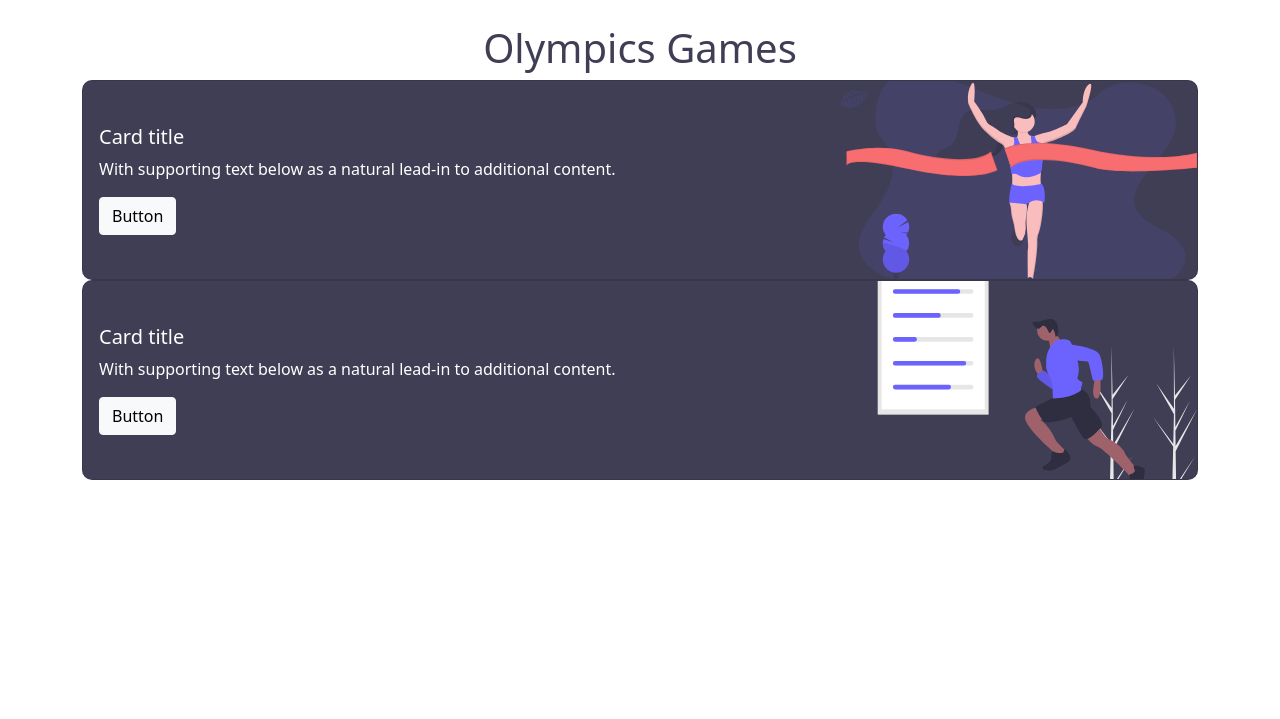
Repository: ahmedazawi/olympic_games
Page: client/views/index.html
These files come from the project's save history. The page is drawn as it stood at one moment and after the next save; the edit follows.
The browser window is 1280 px wide. The pictures show the whole page.

Above is the page before, as saved 2021-12-24 13:04:53.

### client/views/index.html
<!DOCTYPE html>
<html lang="en">

<head>
    <meta charset="UTF-8">
    <meta http-equiv="X-UA-Compatible" content="IE=edge">
    <meta name="viewport" content="width=device-width, initial-scale=1.0">
    <link href="https://cdn.jsdelivr.net/npm/bootstrap@5.1.3/dist/css/bootstrap.min.css" rel="stylesheet"
        integrity="sha384-1BmE4kWBq78iYhFldvKuhfTAU6auU8tT94WrHftjDbrCEXSU1oBoqyl2QvZ6jIW3" crossorigin="anonymous">
    <link rel="stylesheet" href="/css/index.css">
    <title>Home</title>
</head>

<body>
    <div class="background-img">
        <img>

    </div>

    <div class="body-container d-flex flex-column align-items-center w-100">
        <h1 class="">Olympics Games</h1>
        <div class="container">
            <div class="row g-4">
                <div class="col-12">
                    <div class="card w-100 d-flex flex-row align-items-center">
                        <div class="card-body">
                            <h5 class="card-title">Card title</h5>
                            <p class="card-text">With supporting text below as a natural lead-in to additional content.
                            </p>
                            <a href="#" class="btn btn-light ">Button</a>
                        </div>
                        <div>
                            <img src="/svg/1.svg">
                        </div>
                    </div>

                    <div class="col-12">
                        <div class="card w-100 d-flex flex-row align-items-center">
                            <div class="card-body">
                                <h5 class="card-title">Card title</h5>
                                <p class="card-text">With supporting text below as a natural lead-in to additional
                                    content.
                                </p>
                                <a href="#" class="btn btn-light ">Button</a>
                            </div>
                            <div>
                                <img src="/svg/2.svg">
                            </div>
                        </div>
                    </div>
                </div>
            </div>
        </div>

        <script src="https://cdn.jsdelivr.net/npm/bootstrap@5.1.3/dist/js/bootstrap.bundle.min.js"
            integrity="sha384-ka7Sk0Gln4gmtz2MlQnikT1wXgYsOg+OMhuP+IlRH9sENBO0LRn5q+8nbTov4+1p"
            crossorigin="anonymous"></script>
</body>

</html>

### client/assets/css/index.css
* {
  --appColor: rgb(63, 62, 85);
}
body {
  color: var(--appColor);
}
.bg-app-color {
  background-color: var(--appColor);
  border: var(--appColor);
}
.font-app-color {
  color: var(--appColor);
}
.body-container .card {
  border-radius: 10px;
  height: 200px;
  background-color: var(--appColor);
  color: white;
  overflow: hidden;
}
.body-container .card img {
  width: calc(100px + 20vw);
}

After the next save:
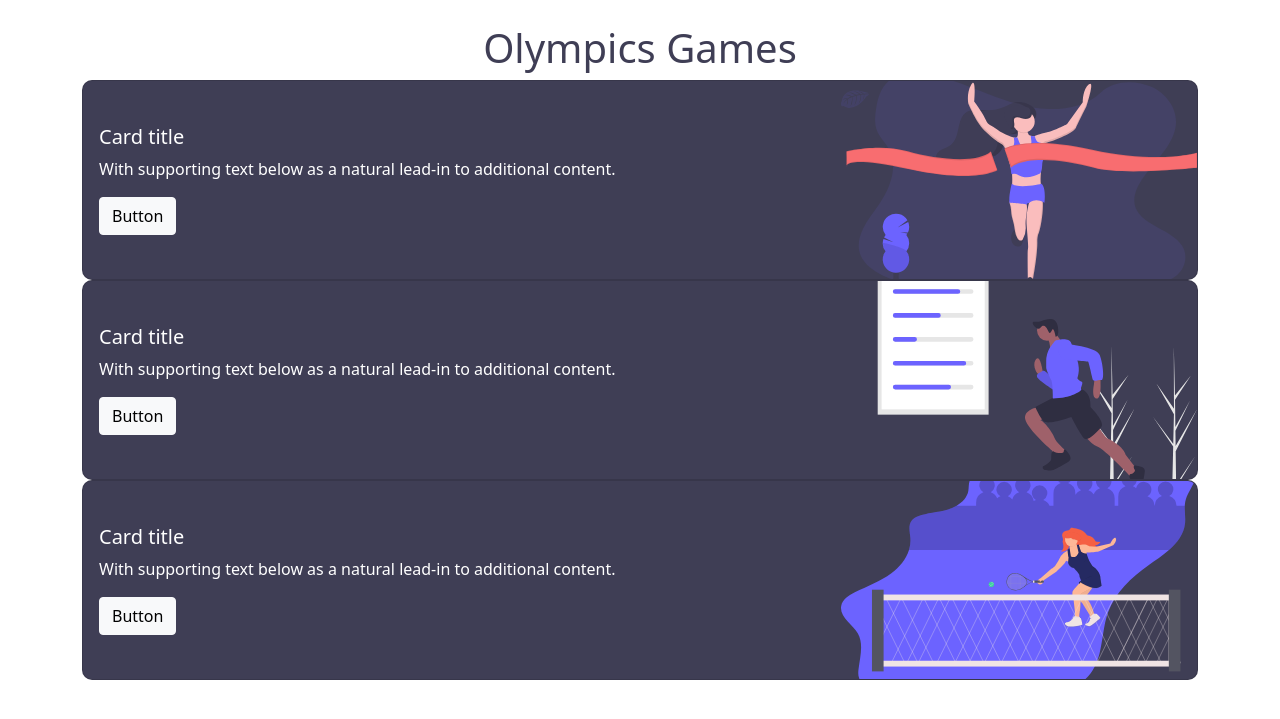
Saved 9 s later.
--- a/client/views/index.html
+++ b/client/views/index.html
@@ -48,13 +48,28 @@
                             </div>
                         </div>
                     </div>
+
+
+                    <div class="col-12">
+                        <div class="card w-100 d-flex flex-row align-items-center">
+                            <div class="card-body">
+                                <h5 class="card-title">Card title</h5>
+                                <p class="card-text">With supporting text below as a natural lead-in to additional
+                                    content.
+                                </p>
+                                <a href="#" class="btn btn-light ">Button</a>
+                            </div>
+                            <div>
+                                <img src="/svg/3.svg">
+                            </div>
+                        </div>
+                    </div>
                 </div>
             </div>
-        </div>
 
-        <script src="https://cdn.jsdelivr.net/npm/bootstrap@5.1.3/dist/js/bootstrap.bundle.min.js"
-            integrity="sha384-ka7Sk0Gln4gmtz2MlQnikT1wXgYsOg+OMhuP+IlRH9sENBO0LRn5q+8nbTov4+1p"
-            crossorigin="anonymous"></script>
+            <script src="https://cdn.jsdelivr.net/npm/bootstrap@5.1.3/dist/js/bootstrap.bundle.min.js"
+                integrity="sha384-ka7Sk0Gln4gmtz2MlQnikT1wXgYsOg+OMhuP+IlRH9sENBO0LRn5q+8nbTov4+1p"
+                crossorigin="anonymous"></script>
 </body>
 
 </html>
